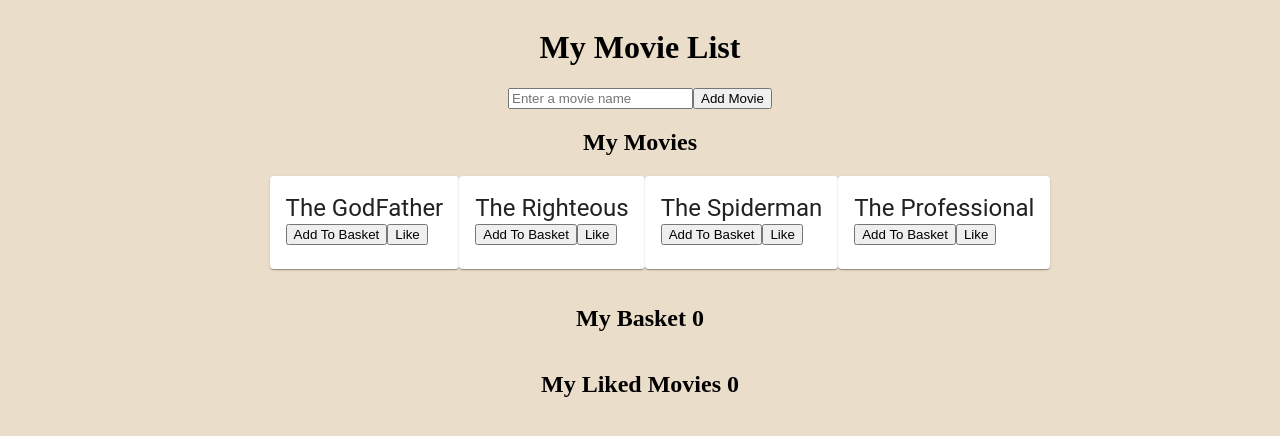
Repository: sinchana-p-iVoyant/redux-movie-store
Page: /
The author's editor kept a copy of each file at every save. The page is drawn from the files as they stood at one save, then again after a run of saves.
The browser window is 1280 px wide. The pictures show the whole page.
The project was rebuilt for these pictures with package versions that can differ from the ones it lists, and the page was loaded fresh each time. Also part of the build but not shown: vite.config.ts.

Above is the page before, as saved 2024-02-15 12:14:14.

After the next 3 saves:
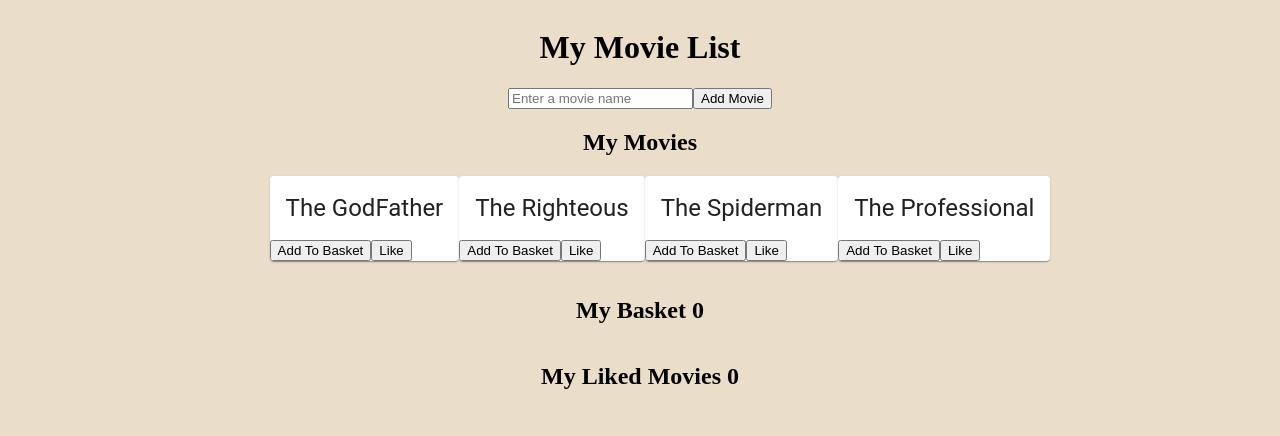
The 3 saves are shown as one change because they came seconds apart.
The last was saved 23 s later.
--- a/src/App.tsx
+++ b/src/App.tsx
@@ -78,13 +78,14 @@ const App = () => {
                 <Typography variant="h5" component='h2'>
                   {movie.title}
                 </Typography>
+              </CardContent>
                 <button onClick={() => handleAddToBasket(movie.title)}>
                   {movie.inBasket ? "Remove From Basket" : "Add To Basket"}
                 </button>
                 <button onClick={() => handleAddToLikedMovies(movie.title)}>
                   {movie.liked ? "Dislike" : "Like"}
                 </button>
-              </CardContent>
+
             </Card>
           ))}
         </ul>
